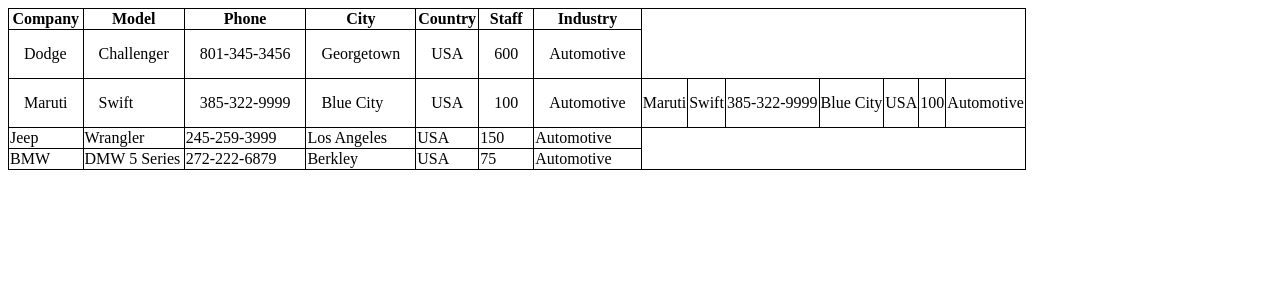
Repository: vgoins-RA2022/HTML-2
Page: index.html
An editor plug-in stored every save of this project. The page is shown before and after the next save, followed by the edit.
The browser window is 1280 px wide. The pictures show the whole page.

Above is the page before, as saved 2023-01-21 22:29:36.

After the next save:
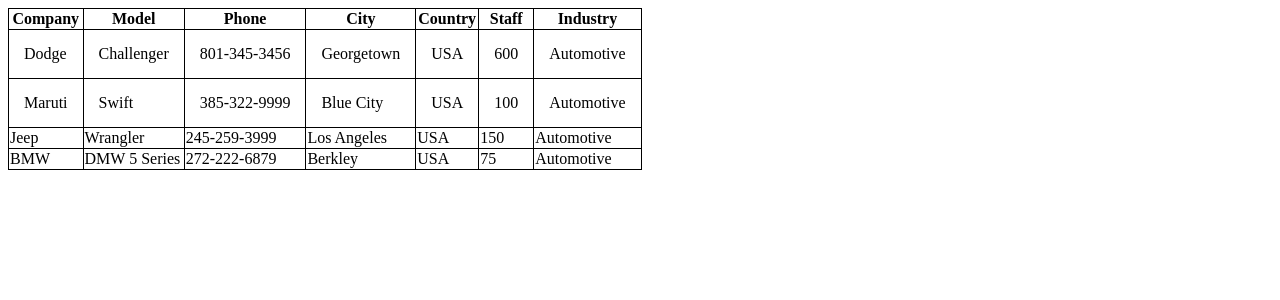
Saved 8 s later.
--- a/index.html
+++ b/index.html
@@ -42,13 +42,7 @@
         <td class="table-cell-padding">USA</td>
         <td class="table-cell-padding">100</td>
         <td class="table-cell-padding">Automotive</td>
-        <td>Maruti</td>
-        <td>Swift</td>
-        <td>385-322-9999</td>
-        <td>Blue City</td>
-        <td>USA</td>
-        <td>100</td>
-        <td>Automotive</td>
+
       </tr><tr>
         <td>Jeep</td>
         <td>Wrangler</td>
